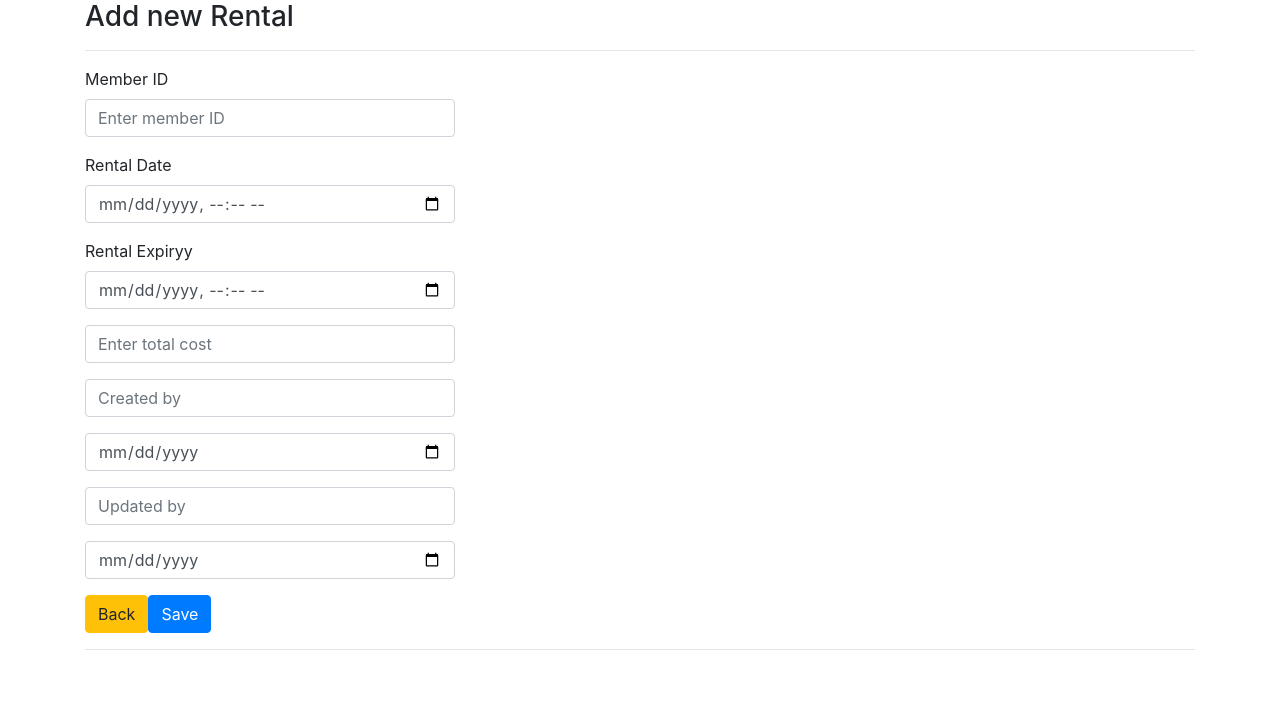
Repository: messimacky/Movie-Rental-System-Front-End
Page: /add-rental
The author's editor kept a copy of each file at every save. The page is drawn from the files as they stood at one save, then again after the next save.
The browser window is 1280 px wide. The pictures show the whole page.
The project was rebuilt for these pictures with package versions that can differ from the ones it lists, and the page was loaded fresh each time. Also part of the build but not shown: src/services/movie.service.js, src/components/AddMovie.js, src/components/MoviesList.js, src/components/NotFound.js, src/components/login/Login.js, src/services/customer.service.js, src/components/AddCustomer.js, src/components/CustomerList.js and 4 more.

Above is the page before, as saved 2022-04-21 15:15:57.

### src/App.js
import { BrowserRouter as Router, Switch, Route } from 'react-router-dom';
import AddMovie from './components/AddMovie';
import MoviesList from "./components/MoviesList";
import NotFound from "./components/NotFound";
import Login from './components/login/Login';
import AddCustomer from './components/AddCustomer'
import CustomersList from './components/CustomerList';
import RentalsList from './components/RentalsList';
import AddRental from './components/AddRental';
import Home from './components/Home';
import Signup from './components/signup/Signup';
function App() {
  return (
    <Router>
      <div>
        <Switch>

          <Route exact path="/" component={Home} />
          <Route exact path="/movies" component={MoviesList} />
          <Route path="/add-movie" component={AddMovie} />
          <Route path="/movies/edit/:id" component={AddMovie} />




          <Route exact path="/customers" component={CustomersList} />
          <Route path="/add-customer" component={AddCustomer} />
          <Route path="/customers/edit/:id" component={AddCustomer} />



          <Route path="/login" component={Login} />
          <Route path="/signup" component={Signup} />


          <Route exact path="/rentals" component={RentalsList} />
          <Route exact path="/add-rental" component={AddRental} />
          <Route path="/rentals/edit/:id" component={AddRental} />


          <Route path="*" component={NotFound} />
        </Switch>
      </div>
    </Router>
  )
}

export default App;

### src/components/AddRental.js
import { useEffect, useState } from "react";
import { useParams } from "react-router-dom";
import { Link } from "react-router-dom";
import { useHistory } from "react-router-dom";
import rentalService from "../services/rental.service";


const AddRental = () => {

    // const [id, setId] = useState('');
    const [member_id, setMemberID] = useState('');
    const [rental_date, setRentalDate] = useState('');
    const [rental_expiry, setRentalExpiry] = useState('');
    const [total_cost, setTotalCost] = useState('');
    const [created_by, setCreatedBy] = useState('');
    const [created_date, setCreatedDate] = useState('');
    const [updated_by, setUpdatedBy] = useState('');
    const [updated_date, setUpdatedDate] = useState('');


    // const [movie_returned_status, setMovieReturnedStatus] = useState('');

    const history = useHistory();
    const { id } = useParams();



    const SaveRental = (e) => {
        e.preventDefault();
        const rental = { id, member_id, rental_date, rental_expiry, total_cost, created_date, created_by, updated_by, updated_date };
        if (id) {
            //update records
            rentalService.update(rental)
                .then(response => {
                    console.log("Movie added succesfully", response.data);
                    history.push('/rentals');
                })
                .catch(error => {
                    console.log("Something went wrong", error);
                });

        } else {
            //create record
            rentalService.create(rental)
                .then(response => {
                    console.log("Rental added succesfully", response.data);
                    history.push('/rentals');
                })
                .catch(error => {
                    console.log("Something get wrong", error);
                });
        }

    }
    useEffect(() => {
        if (id) {
            rentalService.get(id)
                .then(rental => {
                    setMemberID(rental.data.member_id);
                    setRentalDate(rental.data.rental_date);
                    setRentalExpiry(rental.data.rental_expiry);
                    setTotalCost(rental.date.total_cost);
                    setCreatedBy(rental.data.created_by);
                    setUpdatedDate(rental.data.created_date);
                    setUpdatedBy(rental.data.updated_by);
                    setUpdatedDate(rental.data.updated_date);



                })
                .catch(error => {
                    console.log("Something went wrong", error);
                });
        }
    }, [])


    return (
        <div className="container">
            <h3>Add new Rental</h3>
            <hr />
            <form>
                <div className="form-group">
                    <label>Member ID</label>
                    <input type="number"
                        className="form-control col-4"
                        id="memberid"
                        value={member_id}
                        onChange={(e) => setMemberID(e.target.value)}
                        placeholder="Enter member ID"
                    />
                </div>
                <div className="form-group">
                    <label>Rental Date</label>
                    <input
                        type="datetime-local"
                        className="form-control col-4"
                        id="rental_date"
                        value={rental_date}
                        onChange={(e) => setRentalDate(e.target.value)}
                        placeholder="Rental Date"
                    />
                </div>

                <div className="form-group">

                    <label>Rental Expiryy</label>
                    <input
                        type="datetime-local"
                        className="form-control col-4"
                        id="rental_expiry"
                        value={rental_expiry}
                        onChange={(e) => setRentalExpiry(e.target.value)}
                        placeholder="Enter expiry date"
                    />
                </div>


                <div className="form-group">
                    <input
                        type="number"
                        className="form-control col-4"
                        id="total_cost"
                        value={total_cost}
                        onChange={(e) => setTotalCost(e.target.value)}
                        placeholder="Enter total cost"
                    />
                </div>

                <div className="form-group">
                    <input
                        type="text"
                        className="form-control col-4"
                        id="createdby"
                        value={created_by}
                        onChange={(e) => setCreatedBy(e.target.value)}
                        placeholder="Created by"
                    />
                </div>


                <div className="form-group">
                    <input
                        type="date"
                        className="form-control col-4"
                        id="createddate"
                        value={created_date}
                        onChange={(e) => setCreatedDate(e.target.value)}
                        placeholder="Created Date"
                    />
                </div>




                <div className="form-group">
                    <input
                        type="text"
                        className="form-control col-4"
                        id="updatedby"
                        value={updated_by}
                        onChange={(e) => setUpdatedBy(e.target.value)}
                        placeholder="Updated by"
                    />
                </div>


                <div className="form-group">
                    <input
                        type="date"
                        className="form-control col-4"
                        id="updated_date"
                        value={updated_date}
                        onChange={(e) => setUpdatedDate(e.target.value)}
                        placeholder="Updated Date"
                    />
                </div>





                <div>
                    <Link className="btn btn-warning" to="/rentals">Back</Link>
                    <button className="btn btn-primary" onClick={(e) => SaveRental(e)}>Save</button>
                </div>
            </form>
            <hr />

        </div>
    );
}

export default AddRental;

### src/components/login/Login.css
body {
    margin: 0;
    padding: 0;
    /* font-family: sans-serif; */
    background-size: cover;
    background-repeat: no-repeat;
}



.form {
    position: absolute;
    top: 50%;
    left: 50%;
    border: none;
    transform: translate(-50%, -50%);
    width: 400px;
    min-height: 450px;
    background-color: #fff;
    box-shadow: 0 15px 50px rgba(0, 0, 0, 0.5);
    padding: 50px;
    box-sizing: border-box;

    /* background: url(data:[embedded picture, 5679 characters]); */
    /* background: url(https://picsum.photos/3000/2000/?image=1015); */



}

.form h2 {
    margin-left: 60px;
    margin-top: 40px;
    color: white;
    /* margin: 30 0 40px; */
    padding: 0;
    color: black;
}

.form .input-box {
    position: relative;
    margin: 5px 0;
}

.form .input-box input {
    width: 100%;
    font-size: px;
    border: none;
    border-bottom: 2px solid #777;
    outline: none;
    padding: 10px;
    padding-left: 30px;
    box-sizing: border-box;
    font-weight: bold;
    color: #777;
}

.form .input-box input:focus,
.form .input-box input:valid {
    border-bottom-color: #03a9f4;
}

.form .input-box .fa {
    position: absolute;
    top: 8px;
    left: 5px;
    font-size: 18px;
    color: #777;
}

.form .input-box input[type="submit"] {
    border: none;
    cursor: pointer;
    background-color: #03a9f4;
    color: #fff;
    font-weight: bold;
    transition: 0.5s;
}

.form .input-box input[type="submit"]:hover {
    background-color: #ff4987;

}

.form a {
    text-decoration: none;
    color: black;

    margin-top: 4px;
    margin-left: 170px;
    /* font-weight: bold; */
    display: inline-block;
    transition: 0.5s;
}


.submit {
    margin-top: 30px;
    margin-left: 30px;


}

.form a {
    margin-top: 20px;
    margin-left: 50px;
    color: black;
    color: blue;
}

.form button {
    margin-top: 10px;
    margin-left: 50px;
    color: black;
    outline: invert;

}

.form button :hover {

    color: blue;
}

### src/components/AddCustomer.css
body {
    margin: 0;
    padding: 0;
    /* font-family: sans-serif; */
    background-size: cover;
    background-repeat: no-repeat;
}



.form {
    position: absolute;
    top: 50%;
    left: 50%;
    border: none;
    transform: translate(-50%, -50%);
    width: 400px;
    min-height: 450px;
    background-color: #fff;
    box-shadow: 0 15px 50px rgba(0, 0, 0, 0.5);
    padding: 50px;
    box-sizing: border-box;

    /* background: url(data:[embedded picture, 5679 characters]); */
    /* background: url(https://picsum.photos/3000/2000/?image=1015); */



}

.form h2 {
    margin-left: 60px;
    margin-top: 40px;
    color: white;
    /* margin: 30 0 40px; */
    padding: 0;
    color: black;
}

.form .input-box {
    position: relative;
    margin: 5px 0;
}

.form .input-box input {
    width: 100%;
    font-size: px;
    border: none;
    border-bottom: 2px solid #777;
    outline: none;
    padding: 10px;
    padding-left: 30px;
    box-sizing: border-box;
    font-weight: bold;
    color: #777;
}

.form .input-box input:focus,
.form .input-box input:valid {
    border-bottom-color: #03a9f4;
}

.form .input-box .fa {
    position: absolute;
    top: 8px;
    left: 5px;
    font-size: 18px;
    color: #777;
}

.form .input-box input[type="submit"] {
    border: none;
    cursor: pointer;
    background-color: #03a9f4;
    color: #fff;
    font-weight: bold;
    transition: 0.5s;
}

.form .input-box input[type="submit"]:hover {
    background-color: #ff4987;

}

.form a {
    text-decoration: none;
    color: black;

    margin-top: 4px;
    margin-left: 170px;
    /* font-weight: bold; */
    display: inline-block;
    transition: 0.5s;
}


.submit {
    margin-top: 30px;
    margin-left: 30px;


}

.form a {
    margin-top: 20px;
    margin-left: 50px;
    color: black;
    color: blue;
}

.form button {
    margin-top: 10px;
    margin-left: 50px;
    color: black;
    outline: invert;

}

.form button :hover {

    color: blue;
}

### src/services/rental.service.js
import httpClient from '../http-common';

const getAll = () => {
    return httpClient.get('/rentals');
}

const create = (data) => {
    return httpClient.post("/rentals", data);
}

const get = id => {
    return httpClient.get(`/rentals/${id}`);
}

const update = (data) => {
    return httpClient.put('/rentals', data);
}

const remove = id => {
    return httpClient.delete(`/rentals/${id}`);
}

export default { getAll, create, get, update, remove };

### src/components/signup/Signup.css
body {
    margin: 0;
    padding: 0;
    /* font-family: sans-serif; */
    background-size: cover;
    background-repeat: no-repeat;
}



.form {
    position: absolute;
    top: 50%;
    left: 50%;
    border: none;
    transform: translate(-50%, -50%);
    width: 400px;
    min-height: 450px;
    background-color: #fff;
    box-shadow: 0 15px 50px rgba(0, 0, 0, 0.5);
    padding: 50px;
    box-sizing: border-box;

    /* background: url(data:[embedded picture, 5679 characters]); */
    /* background: url(https://picsum.photos/3000/2000/?image=1015); */



}

.form h2 {
    margin-left: 60px;
    margin-top: 40px;
    color: white;
    /* margin: 30 0 40px; */
    padding: 0;
    color: black;
}

.form .input-box {
    position: relative;
    margin: 5px 0;
}

.form .input-box input {
    width: 100%;
    font-size: px;
    border: none;
    border-bottom: 2px solid #777;
    outline: none;
    padding: 10px;
    padding-left: 30px;
    box-sizing: border-box;
    font-weight: bold;
    color: #777;
}

.form .input-box input:focus,
.form .input-box input:valid {
    border-bottom-color: #03a9f4;
}

.form .input-box .fa {
    position: absolute;
    top: 8px;
    left: 5px;
    font-size: 18px;
    color: #777;
}

.form .input-box input[type="submit"] {
    border: none;
    cursor: pointer;
    background-color: #03a9f4;
    color: #fff;
    font-weight: bold;
    transition: 0.5s;
}

.form .input-box input[type="submit"]:hover {
    background-color: #ff4987;

}

.form a {
    text-decoration: none;
    color: black;

    margin-top: 4px;
    margin-left: 170px;
    /* font-weight: bold; */
    display: inline-block;
    transition: 0.5s;
}


.submit {
    margin-top: 30px;
    margin-left: 30px;


}

.form a {
    margin-top: 20px;
    margin-left: 50px;
    color: black;
    color: blue;
}

.form button {
    margin-top: 10px;
    margin-left: 50px;
    color: black;
    outline: invert;

}

.form button :hover {

    color: blue;
}

### src/http-common.js
import axios from "axios";


export default axios.create({
    baseURL: 'http://localhost:8080',
    headers: {
        'Content_Type': 'application/json'
    }

});

Loaded but not shown: public/index.html (common file); src/index.js (common file); src/index.css (common file); src/reportWebVitals.js (common file)

After the next save:
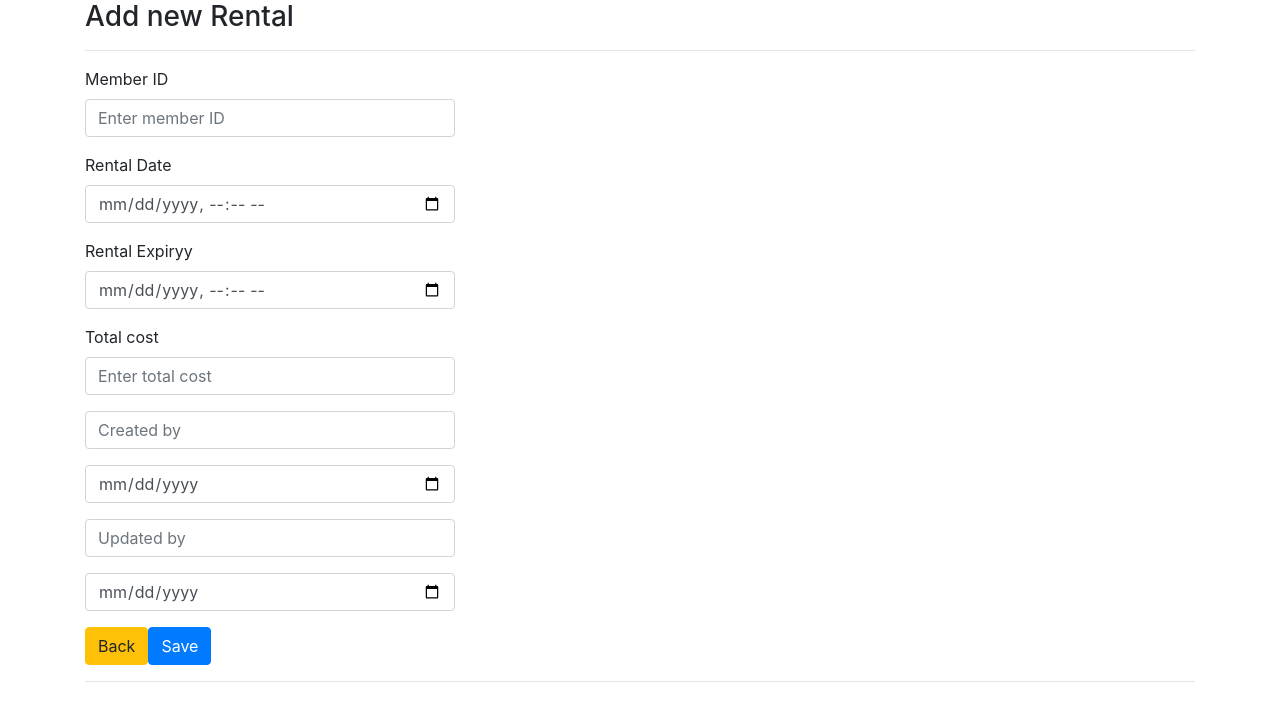
Saved 14 s later.
--- a/src/components/AddRental.js
+++ b/src/components/AddRental.js
@@ -117,6 +117,7 @@ const AddRental = () => {
 
 
                 <div className="form-group">
+                    <label>Total cost</label>
                     <input
                         type="number"
                         className="form-control col-4"
